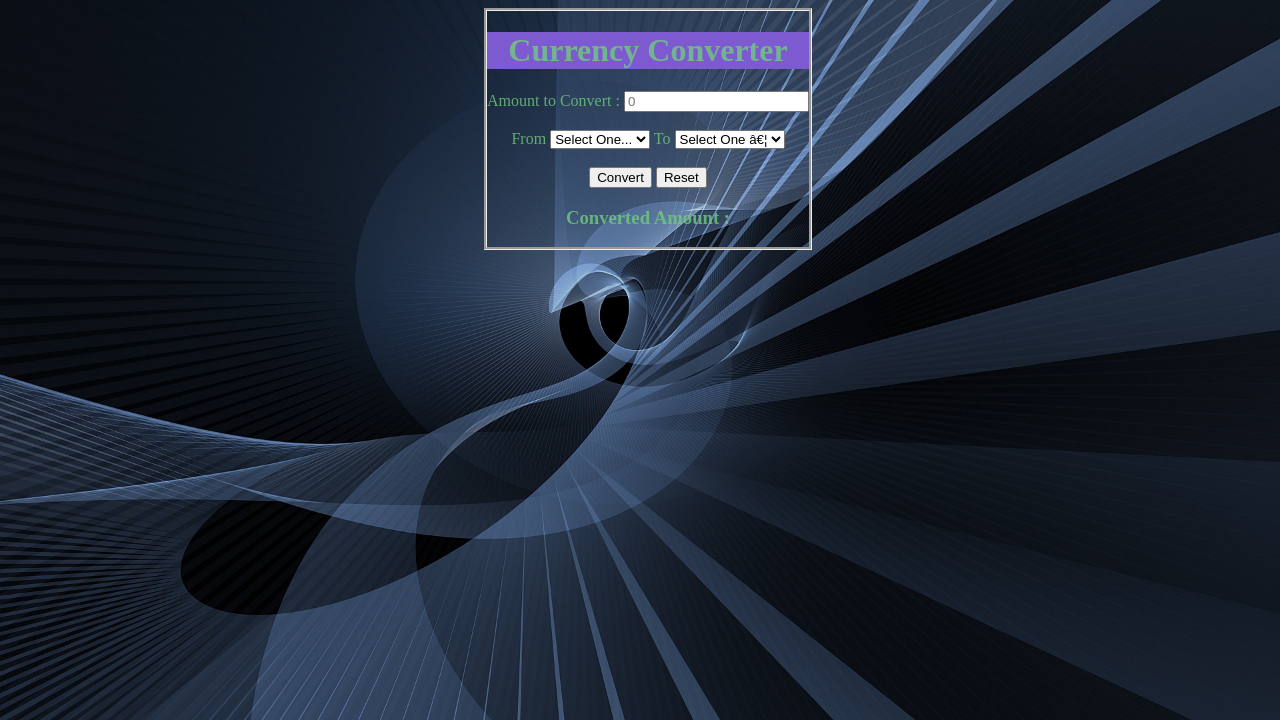
Repository: AJEET006/AdvanceJava-DSA
Page: ADVANCE_JAVA/HW_Example/WebContent/CurrencyConverter.html
The author's editor kept a copy of each file at every save. The page is drawn from the files as they stood at one save, then again after the next save.
The browser window is 1280 px wide. The page is 1288 px wide, so the pictures cover 1288 px, including what lies to the right of the window. The pictures show the whole page.

Above is the page before, as saved 2022-06-21 20:03:27.

After the next save:
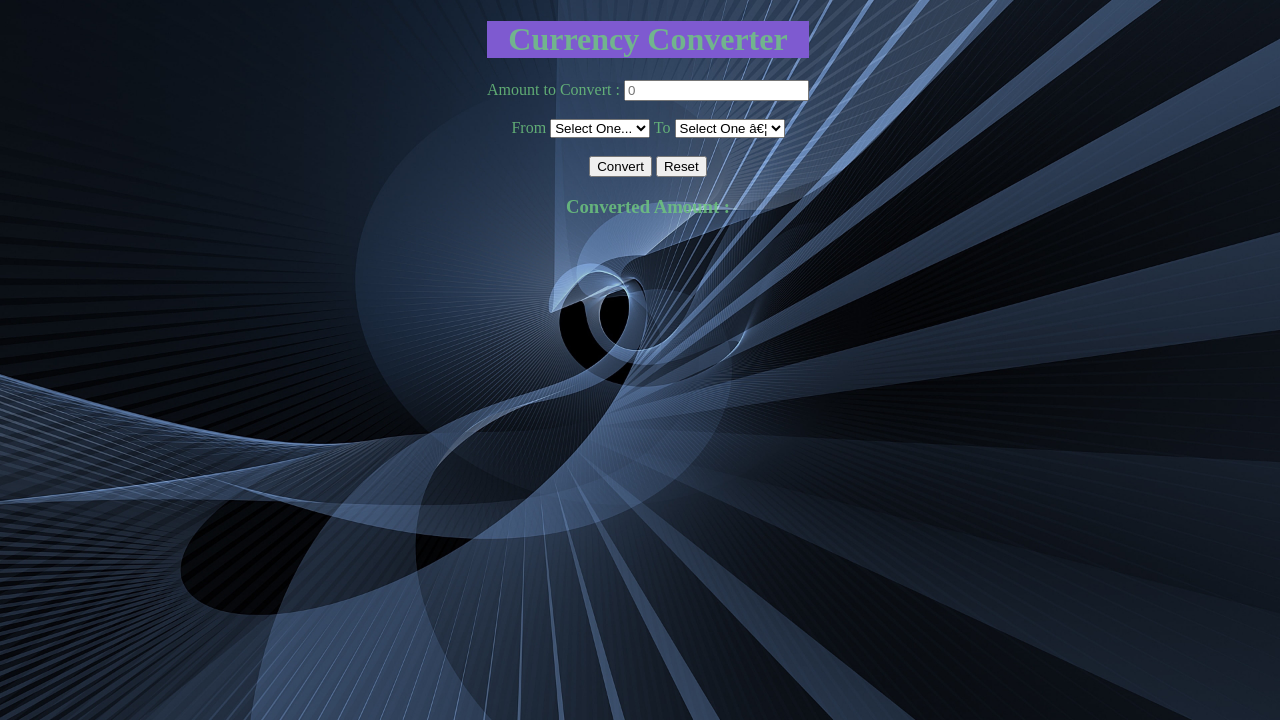
Saved 36 s later.
--- a/ADVANCE_JAVA/HW_Example/WebContent/CurrencyConverter.html
+++ b/ADVANCE_JAVA/HW_Example/WebContent/CurrencyConverter.html
@@ -10,7 +10,7 @@
 </head>
 <body>
 	<center>
-		<div style="color: rgba(110, 199, 126, 0.825);border-style:groove;
+		<div style="color: rgba(110, 199, 126, 0.825);
 border: size 2px;width:fit-content;">
 	<h1 style="background-color: rgb(126, 90, 208);">Currency Converter</h1>
 		  Amount to Convert :
